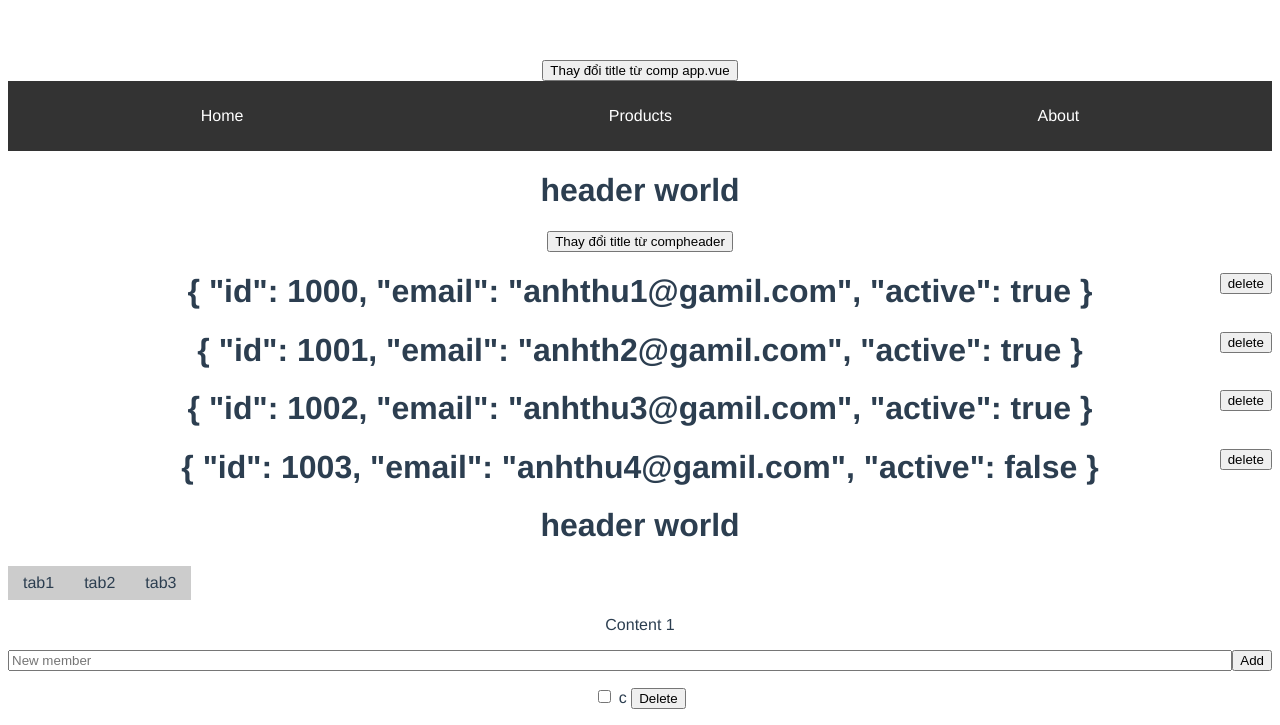
Repository: anhthu112/Todo-list
Page: /
The author's editor kept a copy of each file at every save. The page is drawn from the files as they stood at one save, then again after the next save.
The browser window is 1280 px wide. The pictures show the whole page.
The project was rebuilt for these pictures with package versions that can differ from the ones it lists, and the page was loaded fresh each time. Requests to the local data server were answered from the project's data file. Also part of the build but not shown: vue.config.js.

Above is the page before, as saved 2024-01-31 15:00:46.

After the next save:
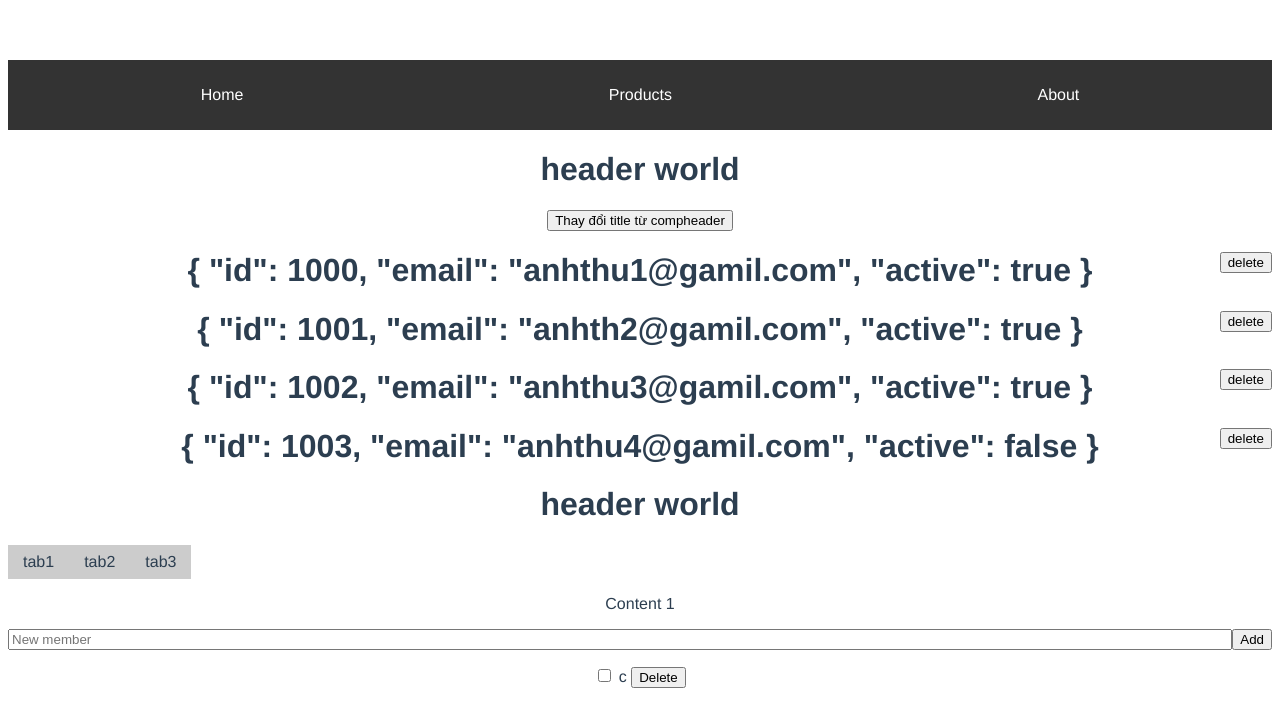
Saved 18 h 18 min later.
--- a/src/App.vue
+++ b/src/App.vue
@@ -1,6 +1,6 @@
 <template>
   <div class="container">
-    <button v-on:click="title='Yoon Jeonghan'">Thay đổi title từ comp app.vue</button>
+    <!-- <button v-on:click="title='Yoon Jeonghan'">Thay đổi title từ comp app.vue</button> -->
     <CompHeader v-bind:titles="title"/>
     <router-view/>
     <ListUser v-bind:listUser="listUser"
